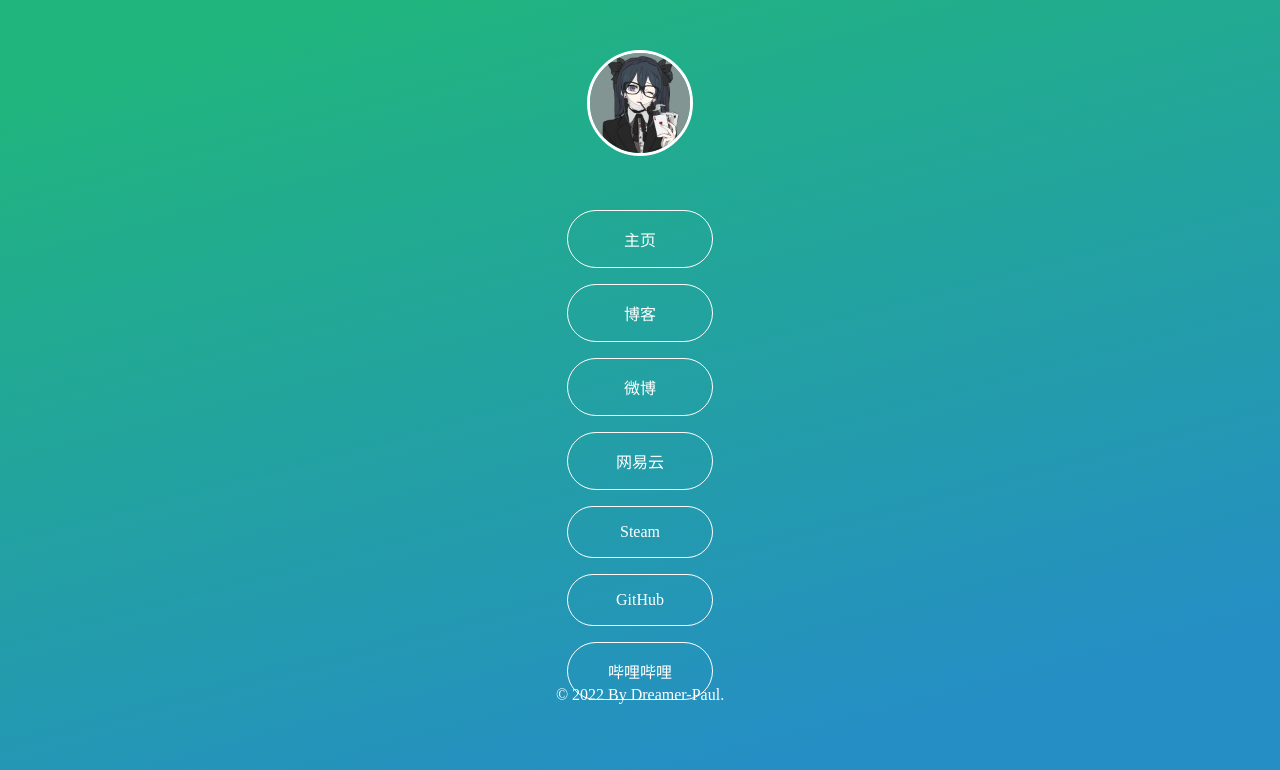
Repository: MarginLon/marginlon.github.io
Page: index.html
The author's editor kept a copy of each file at every save. The page is drawn from the files as they stood at one save, then again after the next save.
The browser window is 1280 px wide. The pictures show the whole page.

Above is the page before, as saved 2022-09-24 09:04:31.

After the next save:
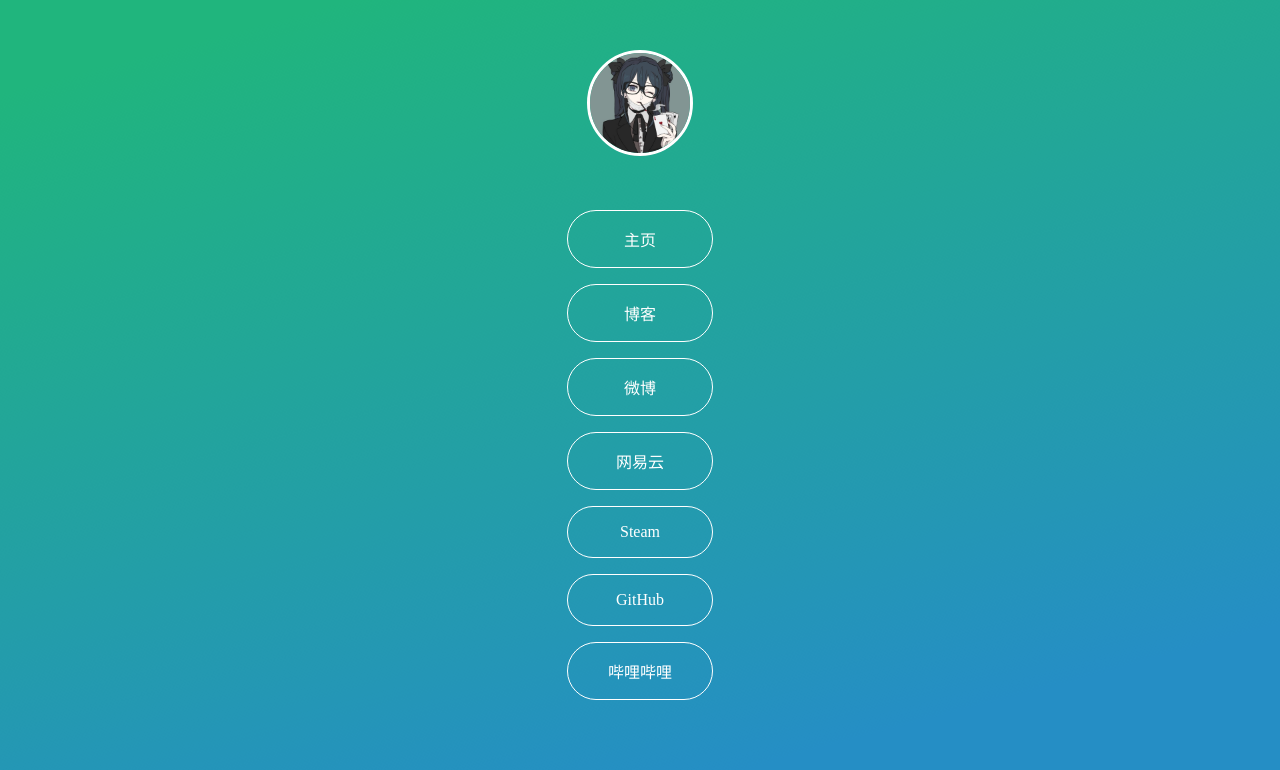
Saved 29 s later.
--- a/index.html
+++ b/index.html
@@ -158,12 +158,12 @@
             </div>
         </div>
     </main>
-    <footer>
+    <!-- <footer>
         <p>©
             <script>document.write(new Date().getFullYear())</script> By <a href="https://paugram.com"
                target="_blank">Dreamer-Paul</a>.
         </p>
-    </footer>
+    </footer> -->
 </body>
 
 </html>
